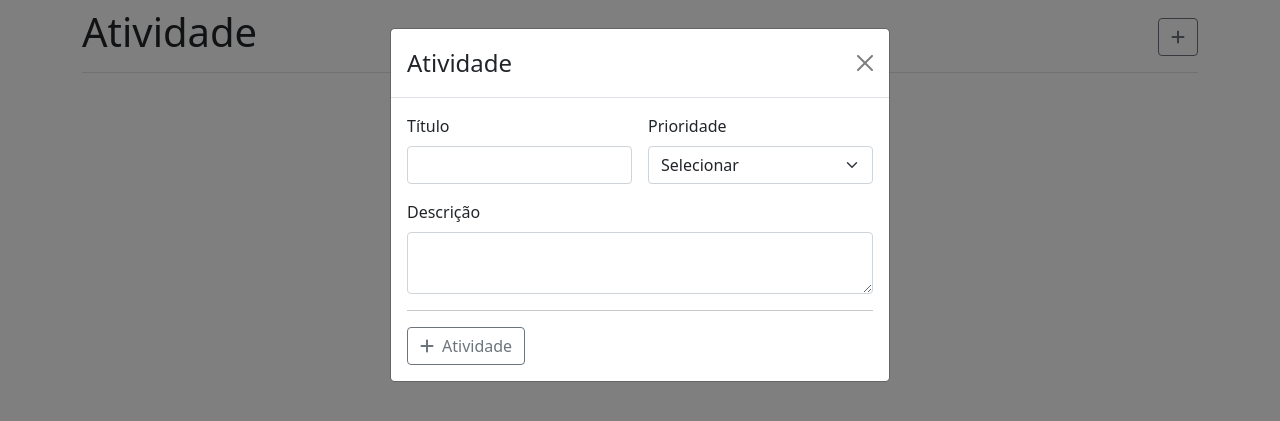
Repository: faribeiro/react-dotnetcore-efcore
Page: / (app in front/pro-atividade-app/)
These files come from the project's save history. The page is drawn as it stood at one moment and after a run of saves; the edit follows.
The browser window is 1280 px wide. The pictures show the whole page.
The page's requests for data from a server got no answer. The project was rebuilt for these pictures with package versions that can differ from the ones it lists, and the page was loaded fresh each time. No one was signed in, and anything a server would have sent is missing. Also part of the build but not shown: front/pro-atividade-app/src/components/Atividade.js.

Above is the page before, as saved 2023-10-24 15:34:21.

### front/pro-atividade-app/src/index.js
import React from 'react';
import ReactDOM from 'react-dom/client';
import './index.css';
import 'bootstrap/dist/css/bootstrap.min.css';
import App from './App';


const root = ReactDOM.createRoot(document.getElementById('root'));
root.render(
  <div className='container'>
    <App />

  </div>
);

// If you want to start measuring performance in your app, pass a function
// to log results (for example: reportWebVitals(console.log))
// or send to an analytics endpoint. Learn more: https://bit.ly/CRA-vitals

### front/pro-atividade-app/src/index.css
@import url('../node_modules/@fortawesome/fontawesome-free/css/all.min.css');

### front/pro-atividade-app/src/App.js
import {useEffect, useState} from 'react';
import './App.css';
import { Button, Modal } from 'react-bootstrap';
import AtividadeForm from './components/AtividadeForm';
import AtividadeLista from './components/AtividadeLista';
import api from './api/atividade';

function App() {
  const [showAtividadeModal, setShowAtividadeModal] = useState(false);
  const [atividades, setAtividades] = useState([])
  const [atividade, setAtividade] = useState({id:0})

  const handleAtividadeModal = () =>
    setShowAtividadeModal(!showAtividadeModal);

  const pegaTodasAtividades = async () => {
    const response = await api.get('atividade');
    return response.data;
  }

  useEffect(() => {
    const getAtividades = async () => {
      const todasAtividades = await pegaTodasAtividades()
      if (todasAtividades) setAtividades(todasAtividades)
    }
    getAtividades();
  },[])

   const addAtividade = async (ativ) => {
    const response = await api.post('atividade', ativ)
    console.log(response.data)
    setAtividades([ ...atividades, response.data])
  }

  function cancelarAtividade() {
    setAtividade({id: 0})
  }

  const atualizarAtividade = async (ativ) => {
    const response = await api.put(`atividade/${ativ.id}`, ativ)
    const {id} = response.data
    setAtividades(
      atividades.map((item) => (item.id === id ? response.data : item ))
    )
    setAtividade({id: 0})
  }

  const deletarAtividade = async (id) => {
    if (await api.delete(`atividade/${id}`))
    {
      const atividadesFiltradas = atividades.filter(atividade => atividade.id !== id)
          setAtividades([...atividadesFiltradas])
    }
  }

  function pegarAtividade(id) {
    const atividade = atividades.filter(atividade => atividade.id === id)
    setAtividade(atividade[0])
    handleAtividadeModal();
  }

  return (
    <>
      <div className="d-flex justify-content-between align-items-end mt-2 pb-3 border-bottom border-1">
        <h1 className='m-0 p-0'>
          Atividade {atividade.id !== 0 ? atividade.id : ''}
        </h1>
        <Button variant="outline-secondary" onClick={handleAtividadeModal}>
          <i className='fas fa-plus'></i>
        </Button>
      </div>

      <AtividadeLista
        atividades={atividades}
        deletarAtividade={deletarAtividade}
        pegarAtividade={pegarAtividade}
      />

      <Modal show={handleAtividadeModal} onHide={handleAtividadeModal}>
        <Modal.Header closeButton>
          <Modal.Title>
          Atividade {atividade.id !== 0 ? atividade.id : ''}
          </Modal.Title>
        </Modal.Header>
        <Modal.Body>
          <AtividadeForm
            addAtividade={addAtividade}
            cancelarAtividade={cancelarAtividade}
            atualizarAtividade={atualizarAtividade}
            ativSelecionada={atividade}
            atividades={atividades}
          />
        </Modal.Body>
      </Modal>

    </>

  );
}

export default App;

### front/pro-atividade-app/src/components/AtividadeForm.js
import  { useEffect, useState } from 'react'

const atividadeInicial = {
  id: 0,
  titulo: '',
  prioridade: 0,
  descricao: ''
}

export default function AtividadeForm(props) {
  const [atividade, setAtividade] = useState(atividadeAtual())

  useEffect(() => {
    if(props.ativSelecionada.id !== 0)
      setAtividade(props.ativSelecionada)
  }, [props.ativSelecionada])

  const inputTextHandler = (e) => {
    const {name, value} = e.target

    setAtividade({...atividade, [name]: value})
  }

  const handleSubmit = (e) => {
    e.preventDefault()

    if(props.ativSelecionada.id !== 0)
      props.atualizarAtividade(atividade)
    else
      props.addAtividade(atividade)

      setAtividade(atividadeInicial)
  }

  const handlerCancelar = (e) => {
    e.preventDefault()

    props.cancelarAtividade()

    setAtividade(atividadeInicial)
  }

  function atividadeAtual() {
    if (props.ativSelecionada.id !==0) {
      return props.ativSelecionada
    }
    else {
      return atividadeInicial
    }
  }


  return (
    <>

    <form className="row g-3" onSubmit={handleSubmit}>
      <div className="col-md-6">
        <label className="form-label">Título</label>
        <input
              name="titulo"
              value={atividade.titulo}
              onChange={inputTextHandler}
              id='titulo'
              type="text"
              className="form-control"
        />
      </div>

    <div className="col-md-6">
        <label className="form-label">Prioridade</label>

        <select
            name="prioridade"
            value={atividade.prioridade}
            onChange={inputTextHandler}
            id="prioridade"
            className="form-select">

          <option value='NaoDefinido'>Selecionar</option>
          <option value='Baixa'>Baixa</option>
          <option value='Normal'>Normal</option>
          <option value='Alta'>Alta</option>
        </select>
      </div>

    <div className="col-md-12">
      <label  className="form-label">Descrição</label>
      <textarea
          name="descricao"
          value={atividade.descricao}
          onChange={inputTextHandler}
          id='descricao'
          type="text"
          className="form-control" />
    <hr/>
    </div>
    <div className="col-12 mt-0">
      { atividade.id === 0 ? (
        <button className="btn btn-outline-secondary"
          type="submit">
           <i className='fas fa-plus me-2'></i>
           Atividade
        </button>
      ) : (
      <>
        <button className="btn btn-outline-success" type='submit'>
        <i className='fas fa-plus me-2'></i>
          Salvar
        </button>

        <button className="btn btn-outline-warning"
          onClick={handlerCancelar}>
          <i className='fas fa-plus me-2'></i>
          Cancelar
        </button>
      </>
      )}
    </div>
  </form >
  </>
  )
}

### front/pro-atividade-app/src/components/AtividadeLista.js
import React from 'react'
import Atividade from './Atividade'

export default function AtividadeLista(props) {
  return (
    <div className="mt-3">
          {props.atividades.map(ativ => (
            <Atividade
              key={ativ.id}
              ativ={ativ}
              deletarAtividade={props.deletarAtividade}
              pegarAtividade={props.pegarAtividade}
            />
          ))}
    </div>
  )
}

### front/pro-atividade-app/src/api/atividade.js
import axios from 'axios';

export default axios.create({
    baseURL: 'http://localhost:5000/api/',
})

Loaded but not shown: front/pro-atividade-app/public/index.html (common file); front/pro-atividade-app/src/App.css (no stored copy; drawn as an empty file)

After the next 2 saves:
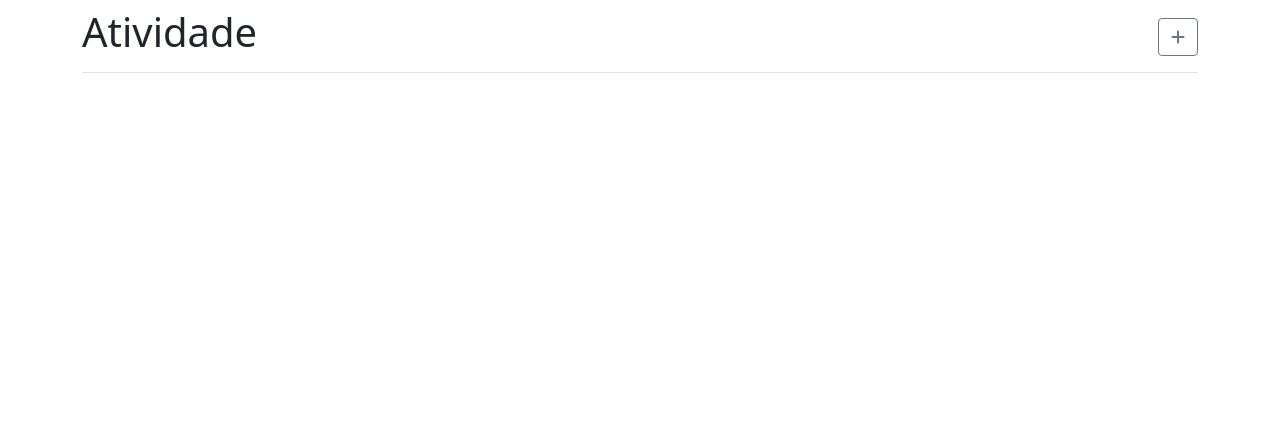
The 2 saves are shown as one change because they came seconds apart.
The last was saved 15 s later.
--- a/front/pro-atividade-app/src/App.js
+++ b/front/pro-atividade-app/src/App.js
@@ -76,7 +76,7 @@ function App() {
         pegarAtividade={pegarAtividade}
       />
 
-      <Modal show={handleAtividadeModal} onHide={handleAtividadeModal}>
+      <Modal show={showAtividadeModal} onHide={handleAtividadeModal}>
         <Modal.Header closeButton>
           <Modal.Title>
           Atividade {atividade.id !== 0 ? atividade.id : ''}
